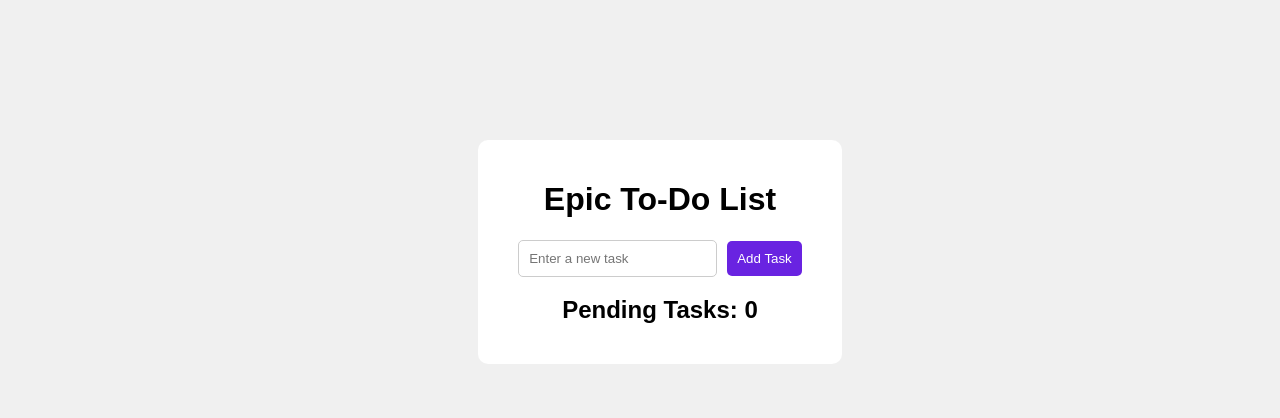
Repository: jgache/COMP-3170-0-Lab4
Page: /
These files come from the project's save history. The page is drawn as it stood at one moment and after a run of saves; the edit follows.
The browser window is 1280 px wide. The pictures show the whole page.
The project was rebuilt for these pictures with package versions that can differ from the ones it lists, and the page was loaded fresh each time. Also part of the build but not shown: vite.config.js, src/components/Task.jsx.

Above is the page before, as saved 2024-10-22 16:03:37.

After the next 4 saves:
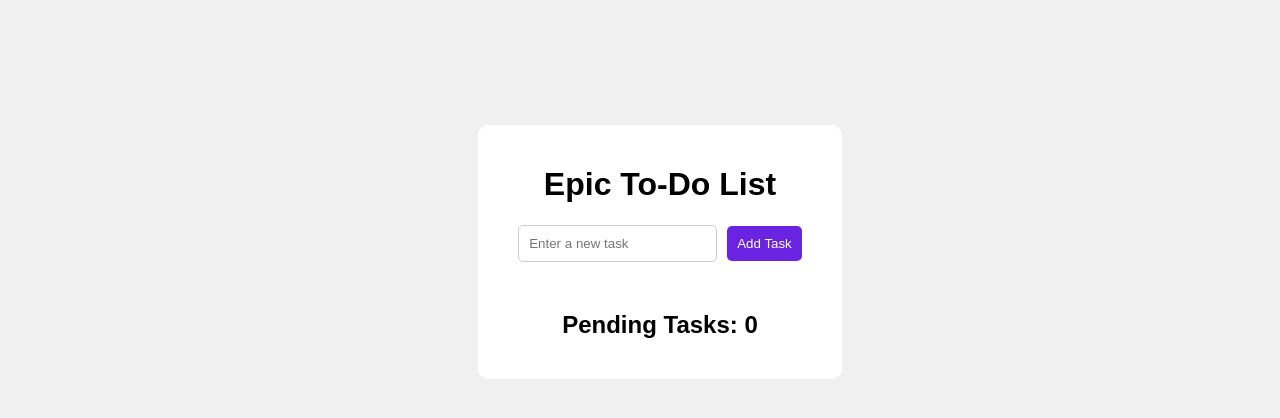
The 4 saves are shown as one change because they came seconds apart.
The last was saved 26 s later.
--- a/src/index.css
+++ b/src/index.css
@@ -25,6 +25,7 @@ form input {
     margin-right: 10px;
     border: 1px solid #ccc;
     border-radius: 5px;
+    margin-bottom: 30px;
 }
 
 form button {
